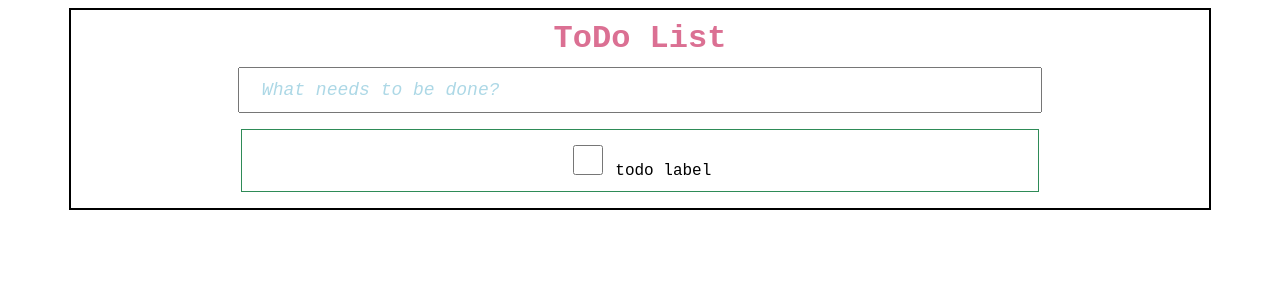
Repository: litalsh/To-Do-List
Page: index.html
The author's editor kept a copy of each file at every save. The page is drawn from the files as they stood at one save, then again after the next save.
The browser window is 1280 px wide. The pictures show the whole page.

Above is the page before, as saved 2019-10-24 17:48:36.

After the next save:
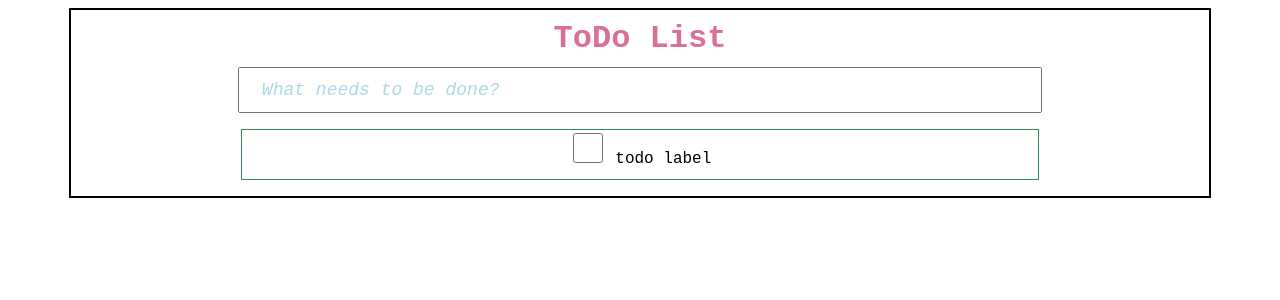
Saved 19 s later.
--- a/style.css
+++ b/style.css
@@ -47,5 +47,5 @@ body{
   .checked{
       width: 30px;
       height: 30px;
-      margin-top: 15px;
+      //*margin-top: 15px;
   }
